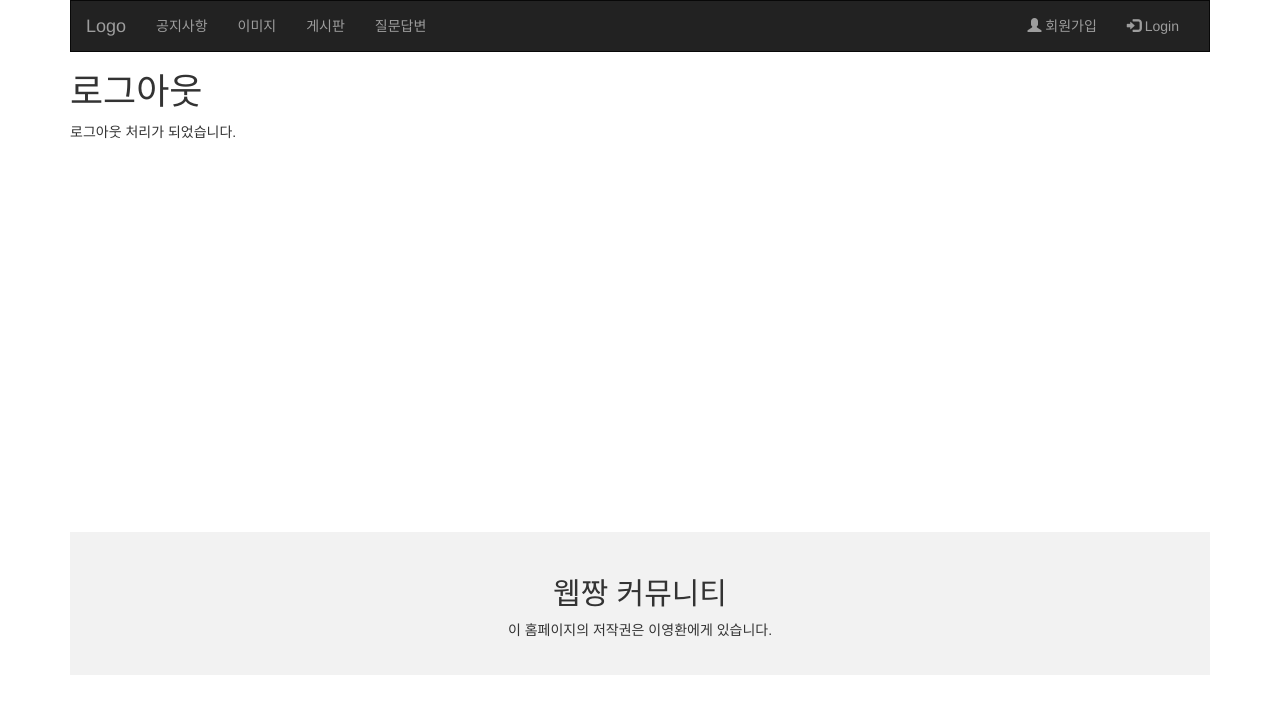
Repository: xo461/test
Page: http://localhost/webjjangcom_ver2/member/logout.jsp
The author's editor kept a copy of each file at every save. The page is drawn from the files as they stood at one save, then again after the next save.
The browser window is 1280 px wide. The pictures show the whole page.
Some web libraries are served in a nearby version. The page is served by Tomcat 9. The template is opened directly, without the code that normally fills it, so the values that code supplies are empty.

Above is the page before, as saved 2019-11-14 03:37:41.

After the next save:
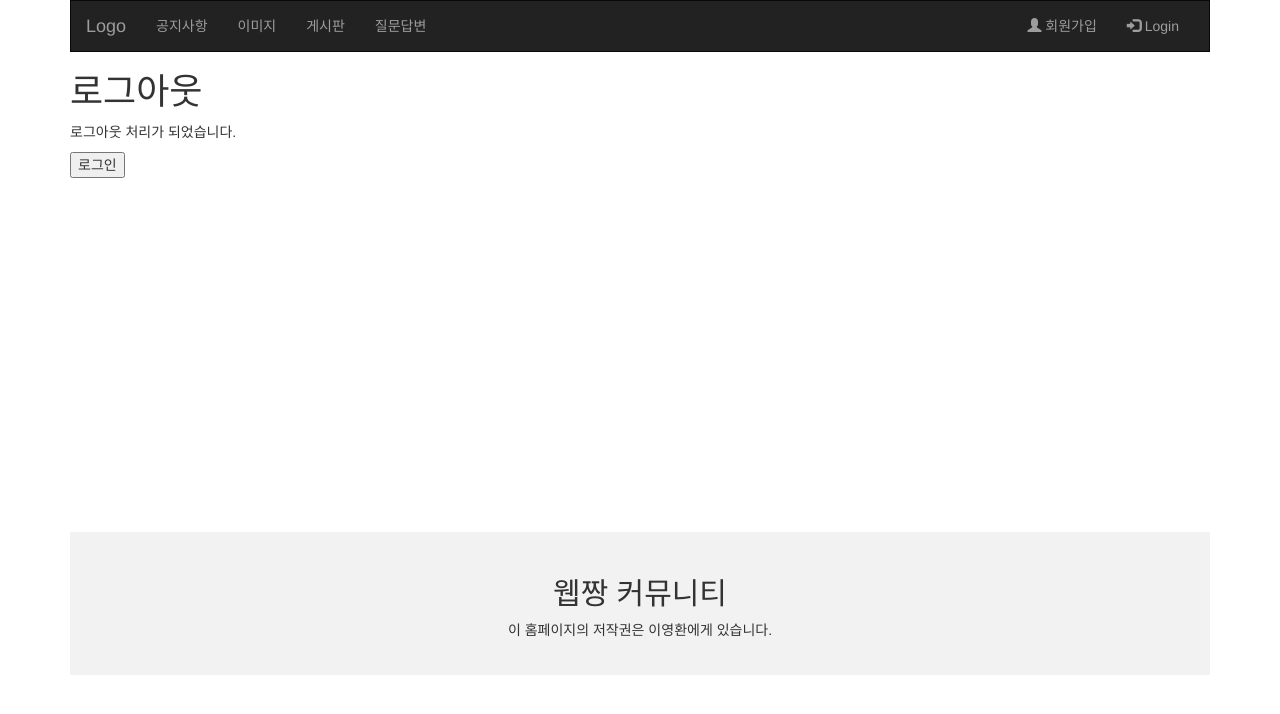
Saved 54 s later.
--- a/web/webjjangcom_ver2/WebContent/member/logout.jsp
+++ b/web/webjjangcom_ver2/WebContent/member/logout.jsp
@@ -16,5 +16,6 @@
 <p>
 로그아웃 처리가 되었습니다.
 </p>
+<button onclick="location='loginForm.jsp'">로그인</button>
 </body>
 </html>
